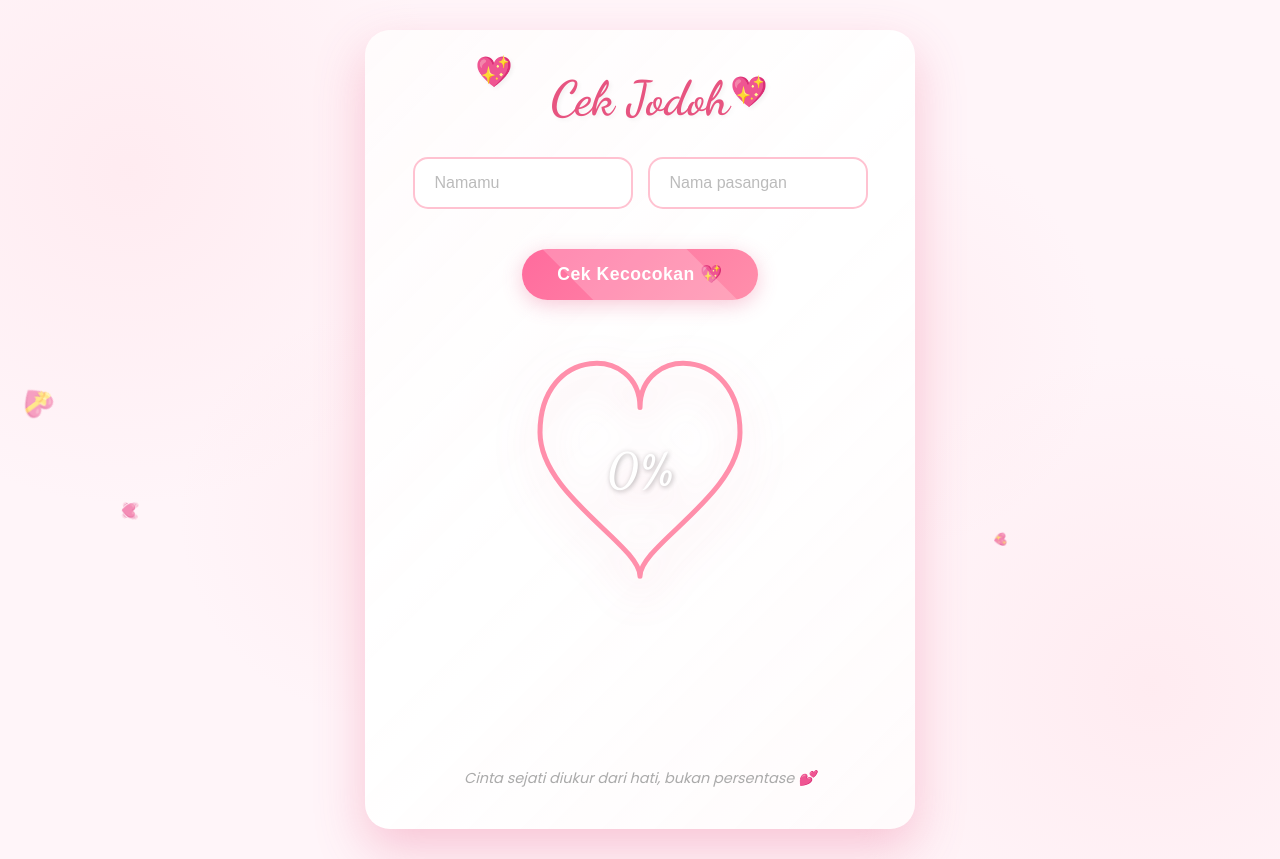
Repository: zhr-nabila/cek-jodoh
Page: cek.html
These files come from the project's save history. The page is drawn as it stood at one moment and after the next save; the edit follows.
The browser window is 1280 px wide. The pictures show the whole page.

Above is the page before, as saved 2025-06-10 00:39:59.

After the next save:
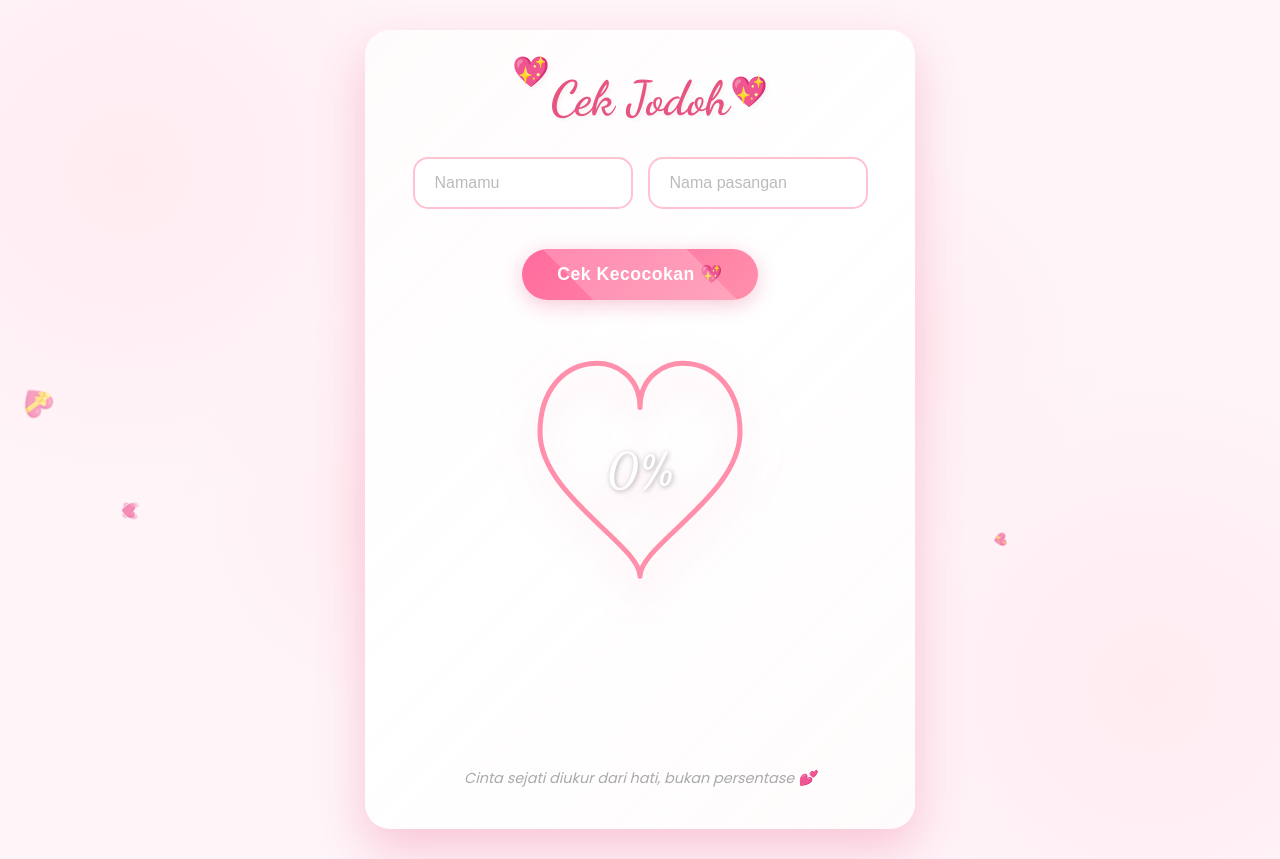
Saved 11 s later.
--- a/cek.html
+++ b/cek.html
@@ -133,7 +133,7 @@
 
       h1::before {
         top: -15px;
-        left: 15%;
+        left: 23%;
       }
 
       .input-group {
